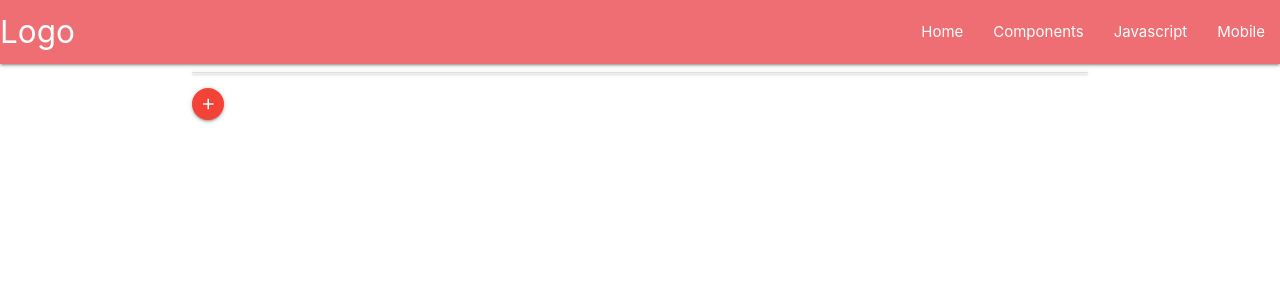
Repository: neillarkin/atari-app
Page: http://localhost/
The author's editor kept a record of every edit. The page is drawn from the files as they stood at one moment, then again after the next edit.
The browser window is 1280 px wide. The pictures show the whole page.
The page is served by the project's application, run on Flask 3 (run.py). Queries for data that is not in the repository find no rows.

Above is the page before.

### templates/recipes.html
{% extends 'base.html' %} {% block content %}
<ul class="collapsible" data-collapsible="accordion">
    {% for recipe in recipes %}
    <li>
        <div class="collapsible-header">
            <div class="col s1">
                <i class="material-icons">expand_more</i>
            </div>
            <div class="col s2">
                <a href="{{url_for('delete_recipe', recipe_id=recipe._id)}}" class="waves-effect waves-light btn btn_small">Delete</a>
                <a href="{{url_for('edit_recipe', recipe_id=recipe._id)}}" class="waves-effect waves-light btn btn_small blue">Edit</a>
            </div>
            <div class="recipe_header col s9">
               <strong>{{recipe.recipe_name}}</strong>
            </div>
        </div>
        <div class="collapsible-body">
            <span><strong>Dish: </strong>{{recipe.category_name}}</span>
            <br>
            <span><strong>Ingredients: </strong>{{recipe.ingredient_name}}</span>
        </div>
    </li>
    {% endfor %}
</ul>
<div class="row">
    <a href="{{url_for('add_recipe')}}" class="btn-floating btn-small waves-effect waves-light red">
    <i class="material-icons">add</i>Add a recipe</a>
</div>

{% endblock %}

### templates/base.html
<!DOCTYPE html>
<html>

<head>
    <link rel="stylesheet" href="https://fonts.googleapis.com/icon?family=Material+Icons">
    <link rel="stylesheet" href="https://cdnjs.cloudflare.com/ajax/libs/materialize/1.0.0/css/materialize.min.css">
    <link rel=stylesheet href="/static/css/style.css">

    <!--<link rel="stylesheet" href="https://cdnjs.cloudflare.com/ajax/libs/materialize/0.100.2/css/materialize.min.css">-->
</head>

<body>
    <header>
        <nav>
            <div class="nav-wrapper">
                <a href="#!" class="brand-logo">Logo</a>
                <a href="#" data-target="mobile-demo" class="sidenav-trigger"><i class="material-icons">menu</i></a>
                <ul class="right hide-on-med-and-down">
                    <li><a href="{{url_for('get_recipes')}}">Home</a></li>
                    <li><a href="badges.html">Components</a></li>
                    <li><a href="collapsible.html">Javascript</a></li>
                    <li><a href="mobile.html">Mobile</a></li>
                </ul>
                <ul class="sidenav" id="mobile-demo">
                    <li><a href="sass.html">Sass</a></li>
                    <li><a href="badges.html">Components</a></li>
                    <li><a href="collapsible.html">Javascript</a></li>
                    <li><a href="mobile.html">Mobile</a></li>
                </ul>
            </div>
        </nav>
    </header>
    <div class="container">
        {% block content %} {% endblock %}
    </div>

    <script src="https://code.jquery.com/jquery-3.4.1.min.js" integrity="sha256-CSXorXvZcTkaix6Yvo6HppcZGetbYMGWSFlBw8HfCJo=" crossorigin="anonymous"></script>
    <script src="https://cdnjs.cloudflare.com/ajax/libs/materialize/1.0.0/js/materialize.min.js"></script>
    <script>
        $(document).ready(function() {
            $('.collapsible').collapsible();
            $('input#input_text, textarea#textarea2').characterCounter();
            $('select').formSelect();
            $('.sidenav').sidenav();
            //   $('select').material_select();
        });
    </script>
</body>

</html>

### run.py
import os
from flask import Flask, render_template, redirect, request, url_for
from flask_pymongo import PyMongo
from bson.objectid import ObjectId
from bson.objectid import ObjectId

app = Flask(__name__)

app.config["MONGO_DBNAME"] = 'recipe_db'
app.config['MONGO_URI'] = 'mongodb+srv://root:r00tUser@myfirstcluster-tbkzy.mongodb.net/recipe_db?retryWrites=true&w=majority'


mongo = PyMongo(app) #constructor method

#route decorator is a URL that redirects to a Python function
@app.route('/')
@app.route('/get_recipes')
def get_recipes():
    return render_template("recipes.html", recipes=mongo.db.recipes.find())



@app.route('/add_recipe')
def add_recipe():
    return render_template('add_recipe.html',
    ingredients=mongo.db.ingredients.find(),
    categories=mongo.db.categories.find())


@app.route('/create_recipe', methods=['POST'])
def create_recipe():
    recipes = mongo.db.recipes
    recipe_name = request.form.get('recipe_name')
    category_name = request.form.get('category_name')
    ingredient_list = request.form.getlist('ingredient_name')
    recipes.insert_one({
    'recipe_name': recipe_name,
    'category_name': category_name,
    'ingredients' : ingredient_list})
    return render_template("recipes.html", recipes=mongo.db.recipes.find())
    # return redirect(url_for('get_recipes'))

# recipes.insert_one(request.form.to_dict())
# request.form.getlist('ingredient_name')

@app.route('/edit_recipe/<recipe_id>')
def edit_recipe(recipe_id):
    the_recipe = mongo.db.recipes.find_one({"_id": ObjectId(recipe_id)})
    all_ingredients = mongo.db.ingredients.find()
    all_categories = mongo.db.categories.find()
    return render_template('edit_recipe.html', recipe=the_recipe, ingredients=all_ingredients, categories=all_categories)

@app.route('/update/<recipe_id>', methods=["POST"])
def update_recipe(recipe_id):
    recipes = mongo.db.recipes
    recipes.update( {'_id': ObjectId(recipe_id)},
    {
        'recipe_name':request.form.get('recipe_name'),
        'category_name':request.form.get('category_name'),
        'ingredient_name': request.form.get('ingredient_name')
     })
    return render_template("recipes.html", recipes=mongo.db.recipes.find())
    # return redirect(url_for('get_recipes'))


if __name__ == '__main__':
    app.run(host=os.environ.get('IP'),
            port=int(os.environ.get('PORT')),
            debug=True)

### static/css/style.css
.btn_small{
    height:24px;
    width:60px;
    line-height: 24px;
    margin: 5px;
    padding: 0 0.5em;
}

.recipe_header{
    margin-top: 5px;

}

After the next edit:
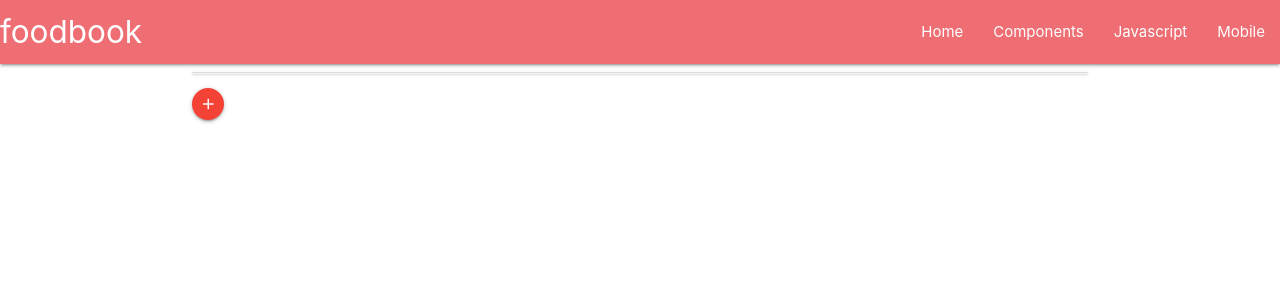
The edit:
--- a/templates/base.html
+++ b/templates/base.html
@@ -13,7 +13,7 @@
     <header>
         <nav>
             <div class="nav-wrapper">
-                <a href="#!" class="brand-logo">Logo</a>
+                <a href="#!" class="brand-logo">foodbook</a>
                 <a href="#" data-target="mobile-demo" class="sidenav-trigger"><i class="material-icons">menu</i></a>
                 <ul class="right hide-on-med-and-down">
                     <li><a href="{{url_for('get_recipes')}}">Home</a></li>
